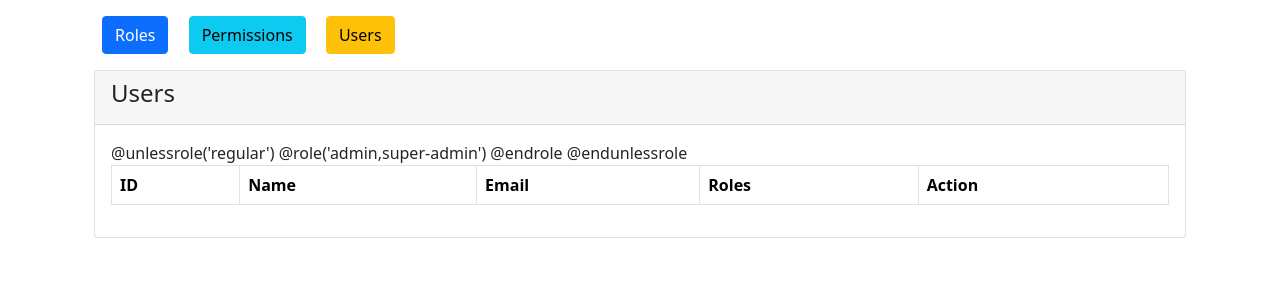
Repository: viisantos/permission_demo
Page: http://localhost/users
These files come from the project's save history. The page is drawn as it stood at one moment and after the next save; the edit follows.
The browser window is 1280 px wide. The pictures show the whole page.
The page is served by the project's Laravel application, run on PHP 8.4 with Laravel 10. Other server files are loaded and not shown. Queries for data that is not in the repository find no rows.

Above is the page before, as saved 2024-06-22 17:58:06.

### routes/web.php
<?php

use App\Http\Controllers\ProfileController;
use Illuminate\Support\Facades\Route;

/*
|--------------------------------------------------------------------------
| Web Routes
|--------------------------------------------------------------------------
|
| Here is where you can register web routes for your application. These
| routes are loaded by the RouteServiceProvider and all of them will
| be assigned to the "web" middleware group. Make something great!
|
*/

Route::get('/', function () {
    return view('welcome');
});

Route::get('/dashboard', function () {
    return view('dashboard');
})->middleware(['auth', 'verified'])->name('dashboard');

/*
Route::middleware('auth')->group(function () {

});*/

Route::group(['middleware' => ['role:super-admin|admin|regular']], function () {
    Route::get('/profile', [ProfileController::class, 'edit'])->name('profile.edit');
    Route::patch('/profile', [ProfileController::class, 'update'])->name('profile.update');
    Route::delete('/profile', [ProfileController::class, 'destroy'])->name('profile.destroy');
    Route::name('profile.destroy')->middleware('permission:delete role');
    Route::resource('permissions', App\Http\Controllers\PermissionController::class);
    //Route::get('permissions/{permissionId}/delete', [App\Http\Controllers\PermissionController::class, 'destroy']);
    Route::resource('roles', App\Http\Controllers\RoleController::class);
   // Route::get('roles/{roleId}/delete', [App\Http\Controllers\RoleController::class, 'destroy']);
    Route::get('roles/{role}/add-permissions', [App\Http\Controllers\RoleController::class, 'addPermissionToRole'])->name('roles.add-permissions');
    Route::put('roles/{role}/give-permissions', [App\Http\Controllers\RoleController::class, 'givePermissionToRole'])->name('roles.give-permissions');
    Route::resource('users', App\Http\Controllers\UserController::class);
    //Route::get('users/{userId}/delete', [App\Http\Controllers\UserController::class, 'destroy']);
});

require __DIR__.'/auth.php';

### app/Http/Controllers/UserController.php
<?php

namespace App\Http\Controllers;

use Illuminate\Http\Request;
use App\Models\User;
use Illuminate\Support\Facades\Hash;
use Spatie\Permission\Models\Role;

class UserController extends Controller
{
    public function __construct(){
        $this->middleware('permission:delete user', ['only' => ['destroy']]);
        $this->middleware('permission:update user', ['only' => ['update','edit']]);
        $this->middleware('permission:view user',   ['only' => ['index','show']]);
        $this->middleware('permission:create user', ['only' => ['create','store']]);
    }
    public function index(){
        $users = User::get();
        return view('role-permission.user.index', compact('users'));
    }

    public function create(){
        $roles = Role::pluck('name','name')->all();
        return view('role-permission.user.create', compact('roles'));
    }
    public function store(Request $request){
      /*
        $request->validate([
            'name' => 'required|string|max:255',
            'email' => 'required|email|max:255',
            'password' => 'required|string|min:8|max:20',
            'roles' => 'required'
        ]);*/


        $user = User::create([
            'name'  => $request->name,
            'email' => $request->email,
            'password' => Hash::make($request->password),
        ]);


        $user->syncRoles($request->roles);


        return redirect('/users')->with('status','User created successfully with roles');

    }

    public function edit(User $user){
        $roles = Role::pluck('name','name')->all();
        $userRoles = $user->roles->pluck('name','name')->all();
        return view('role-permission.user.edit', compact('user','roles','userRoles'));
    }

    public function update(Request $request, User $user){

        $data = [
            'name'  => $request->name,
            'email' => $request->email
        ];

        if(!empty($request->password)){
            $data += [
                'password' => Hash::make($request->password),
            ];
        }

        $user->update($data);
        $user->syncRoles($request->roles);

        return redirect('/users')->with('status','User updated successfully');
    }

    public function destroy(User $user){
        //$user = User::findOrFail($userId);
        $user->delete();
        return redirect('/users')->with('status','User deleted successfully');
    }
}

### resources/views/role-permission/user/index.blade.php
<head>
    <link href="https://cdn.jsdelivr.net/npm/bootstrap@5.3.2/dist/css/bootstrap.min.css" rel="stylesheet" integrity="sha384-T3c6CoIi6uLrA9TneNEoa7RxnatzjcDSCmG1MXxSR1GAsXEV/Dwwykc2MPK8M2HN" crossorigin="anonymous">
    <link rel="stylesheet" href="https://cdn.jsdelivr.net/npm/bootstrap@5.1.3/dist/css/bootstrap.min.css" />
</head>
@include('role-permission.nav-links')
<div class="container">
    <div class="row">
        <div class="col-md-12">
            @if(session('status'))
                <div class="alert alert-success">
                    {{ session('status') }}
                </div>
            @endif
            <div class="card mt-3">
                <div class="card-header">
                    <h4>Users</h4>
                    @can('create user')
                        <a href="{{ route('users.create') }}" class="btn btn-primary float-end">Add User</a>
                    @endcan
                </div>
                <div class="card-body">
                    <table class="table table-bordered table-striped">
                        <thead>
                            <tr>
                                <th>ID</th>
                                <th>Name</th>
                                <th>Email</th>
                                <th>Roles</th>

                                @unlessrole('regular')
                                    @role('admin,super-admin')
                                        <th>Action</th>
                                    @endrole
                                @endunlessrole

                            </tr>
                        </thead>
                        <tbody>
                            @foreach($users as $user)
                                <tr>
                                    <td>{{ $user->id }}</td>
                                    <td>{{ $user->name }}</td>
                                    <td>{{ $user->email }}</td>
                                    <td>
                                        @if(!empty($user->getRoleNames()))
                                            @foreach($user->getRoleNames() as $rolename)
                                                <label class="badge bg-primary mx-1">{{ $rolename }}</label>
                                            @endforeach
                                        @endif
                                    </td>
                                    @unlessrole('regular')
                                        @hasrole('admin')
                                            <td>
                                                @can('update user')
                                                    <a href="{{ route('users.edit', ['user' => $user->id]) }}" class="btn btn-success">Edit</a>
                                                @endcan
                                                @can('delete user')
                                                    <form action="{{ route('users.destroy', $user->id) }}" method="POST" style="display: inline;">
                                                        @csrf
                                                        @method('DELETE')
                                                        <button type="submit" class="btn btn-danger">Delete</button>
                                                    </form>
                                                @endcan
                                            </td>
                                        @endhasrole
                                    @endunlessrole
                                </tr>
                            @endforeach
                        </tbody>
                    </table>
                </div>
            </div>
        </div>
    </div>
</div>

### resources/views/role-permission/nav-links.blade.php
<div class="container mt-3">
    <a href="{{ route('roles.index') }}" class="btn btn-primary mx-2">Roles</a>
    <a href="{{ route('permissions.index') }}" class="btn btn-info mx-2">Permissions</a>
    <a href="{{ route('users.index') }}" class="btn btn-warning mx-2">Users</a>
</div>

Loaded but not shown: routes/auth.php (common file); app/Http/Controllers/Auth/EmailVerificationPromptController.php (common file); app/Http/Controllers/Controller.php (common file); app/Http/Controllers/Auth/VerifyEmailController.php (common file); app/Models/User.php (common file)

After the next save:
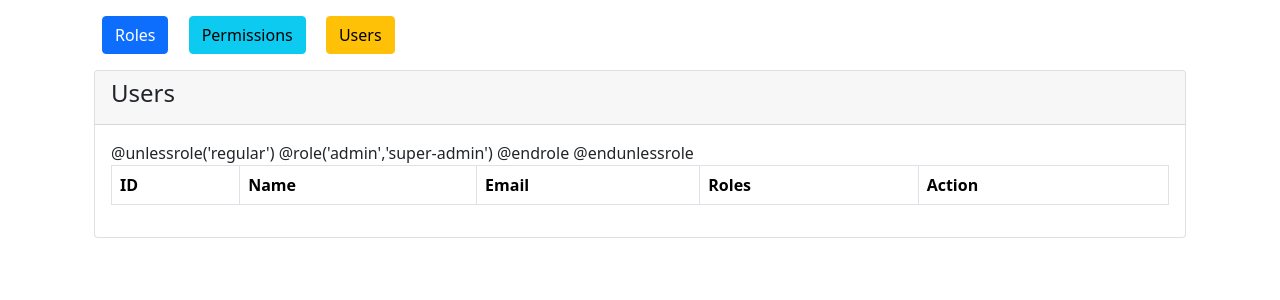
Saved 4 s later.
--- a/resources/views/role-permission/user/index.blade.php
+++ b/resources/views/role-permission/user/index.blade.php
@@ -28,7 +28,7 @@
                                 <th>Roles</th>
 
                                 @unlessrole('regular')
-                                    @role('admin,super-admin')
+                                    @role('admin','super-admin')
                                         <th>Action</th>
                                     @endrole
                                 @endunlessrole
